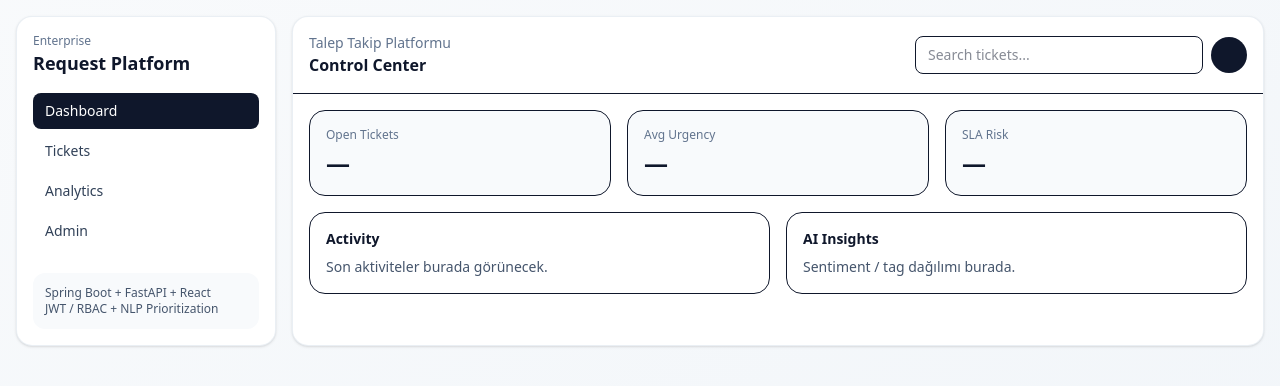
Repository: Salihapeker/enterprise-ai-ticket-system
Page: / (app in Desktop/enterprise-ai-ticket-system/frontend/)
An editor plug-in stored every save of this project. The page is shown before and after the next save, followed by the edit.
The browser window is 1280 px wide. The pictures show the whole page.
The project was rebuilt for these pictures with package versions that can differ from the ones it lists, and the page was loaded fresh each time. Also part of the build but not shown: Desktop/enterprise-ai-ticket-system/frontend/vite.config.ts, Desktop/enterprise-ai-ticket-system/frontend/src/services/tickets.ts, Desktop/enterprise-ai-ticket-system/frontend/src/pages/TicketsPage.tsx, Desktop/enterprise-ai-ticket-system/frontend/src/pages/AnalyticsPage.tsx, Desktop/enterprise-ai-ticket-system/frontend/src/pages/AdminPage.tsx.

Above is the page before, as saved 2026-03-16 01:07:04.

After the next save:
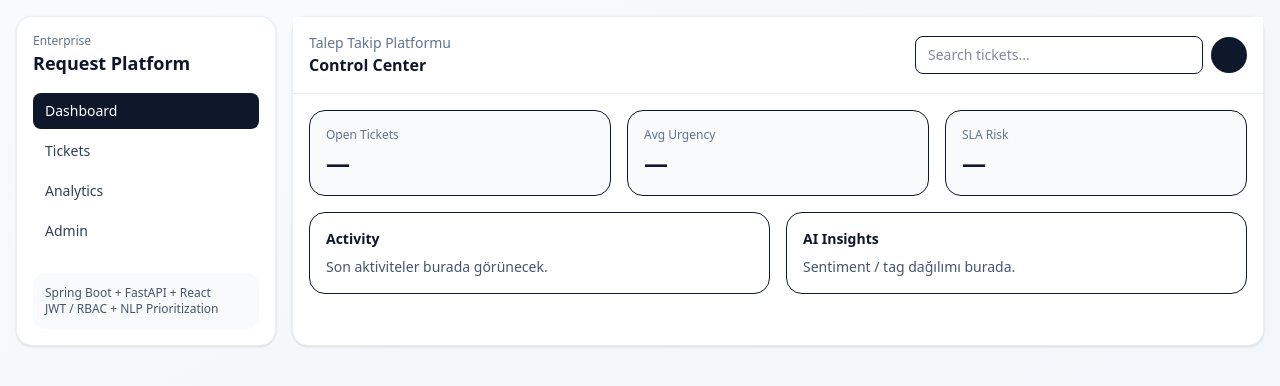
Saved 46 s later.
--- a/Desktop/enterprise-ai-ticket-system/frontend/src/components/layouts/AppShell.tsx
+++ b/Desktop/enterprise-ai-ticket-system/frontend/src/components/layouts/AppShell.tsx
@@ -42,7 +42,7 @@ export default function AppShell() {
           </aside>
 
           <main className="rounded-2xl border border-slate-200/70 bg-white shadow-sm">
-            <header className="flex items-center justify-between border-b p-4">
+            <header className="sticky top-0 z-10 flex items-center justify-between border-b border-slate-200/70 bg-white/70 p-4 backdrop-blur">
               <div>
                 <div className="text-sm text-slate-500">
                   Talep Takip Platformu
